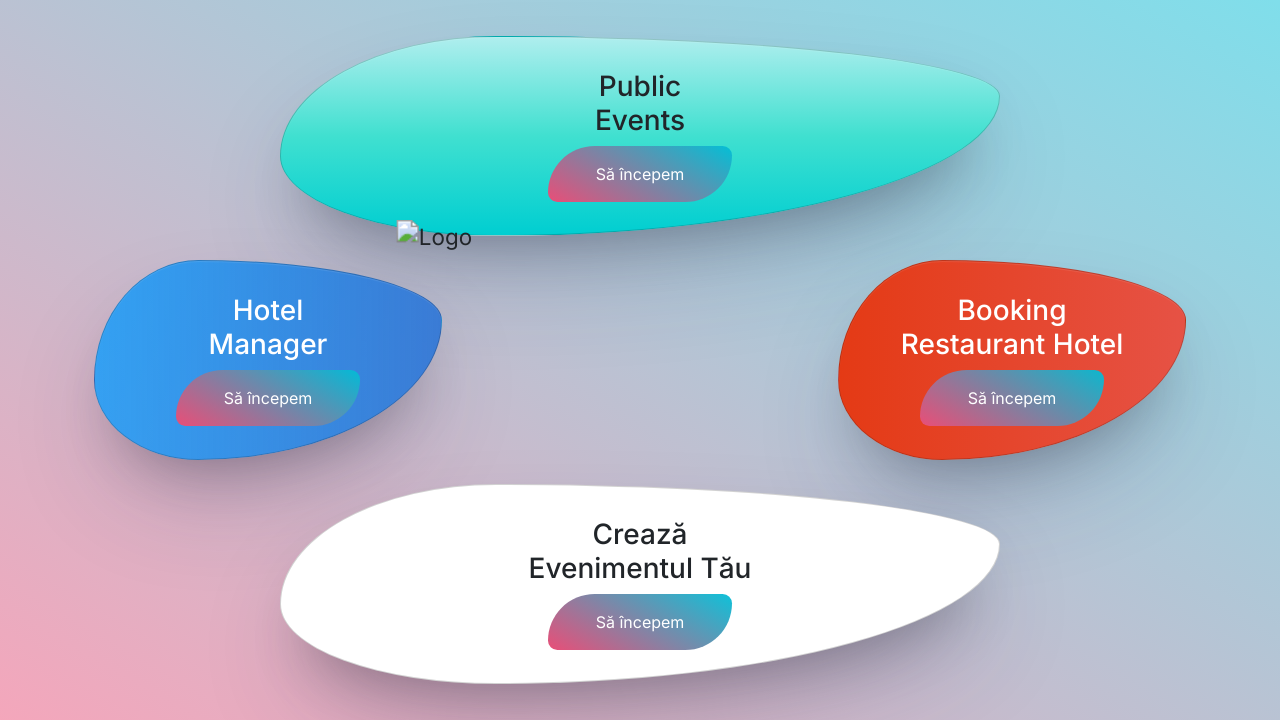
Repository: cosmin05072018/fantastic-events-manager
Page: http://localhost/
These files come from the project's save history. The page is drawn as it stood at one moment and after the next save; the edit follows.
The browser window is 1280 px wide. The pictures show the whole page.
The page is served by the project's Laravel application, run on PHP 8.4 with Laravel 10. Other server files are loaded and not shown.

Above is the page before, as saved 2024-11-03 17:51:13.
Console error: ReferenceError: particlesJS is not defined

### routes/web.php
<?php

use App\Http\Controllers\ProfileController;
use Illuminate\Support\Facades\Route;

/*
|--------------------------------------------------------------------------
| Web Routes
|--------------------------------------------------------------------------
|
| Here is where you can register web routes for your application. These
| routes are loaded by the RouteServiceProvider and all of them will
| be assigned to the "web" middleware group. Make something great!
|
*/

Route::get('/', function () {
    return view('startApp');
});

Route::get('/dashboard', function () {
    return view('dashboard');
})->middleware(['auth', 'verified'])->name('dashboard');

Route::middleware('auth')->group(function () {
    Route::get('/profile', [ProfileController::class, 'edit'])->name('profile.edit');
    Route::patch('/profile', [ProfileController::class, 'update'])->name('profile.update');
    Route::delete('/profile', [ProfileController::class, 'destroy'])->name('profile.destroy');
});

require __DIR__.'/auth.php';

### public/css/custom.css
@import url("https://fonts.googleapis.com/css2?family=Inter:ital,opsz,wght@0,14..32,100..900;1,14..32,100..900&family=Open+Sans:ital,wght@0,300..800;1,300..800&display=swap");

:root {
    --white: #ffffff;
    --public-events: linear-gradient(to bottom, #afeeee, #40e0d0, #00ced1);
    --hotel-manager: linear-gradient(to right, #0099ffc0, #3a7bd5);
    --booking: linear-gradient(to right, #e43a15, #e65245);
}

* {
    box-sizing: border-box;
    padding: 0;
    margin: 0;
    font-family: "Inter", sans-serif;
}

body {
    background-repeat: no-repeat;
    background-size: cover;
    background-image: linear-gradient(
        30deg,
        hsla(344, 78%, 61%, 0.5),
        hsla(187, 100%, 42%, 0.5)
    );
}

.card {
    border-radius: 30% 70% 70% 30% / 60% 30% 70% 40%;
    height: 200px !important;
    transition: 0.4s linear;
    box-shadow: rgba(255, 255, 255, 0.1) 0px 1px 1px 0px inset,
        rgba(50, 50, 93, 0.25) 0px 50px 100px -20px,
        rgba(0, 0, 0, 0.3) 0px 30px 60px -30px;
}

.logo-img  {
    transition: 0.4s linear;
    transform: scale(1.4);
    z-index: 1;
}

.logo-img:hover {
    transform: scale(1.7);
}

.card:hover {
    transform: scale(1.1);
}

.btns-first-page {
    border: 0px !important;
    background: linear-gradient(
        30deg,
        hsl(344, 78%, 61%),
        hsla(187, 100%, 42%, 0.942)
    );
    color: var(--white);
    border-radius: 50px 10px 50px 10px;
}

.btns-first-page a{
    color: var(--white);
    text-decoration: none !important;
}

.public-events {
    background: var(--public-events);
}

.hotel-manager {
    background: var(--hotel-manager);
}

.booking {
    background: var(--booking);
}

/* login */

.logo-img{
    width: 100%;
    display: flex;
    align-items: center;
    justify-content: center;
}

Loaded but not shown: routes/auth.php (common file); app/Http/Controllers/Auth/EmailVerificationPromptController.php (common file); app/Http/Controllers/Controller.php (common file); app/Http/Controllers/Auth/VerifyEmailController.php (common file); public/css/bootstrap.min.css (library); public/js/jquery.js (library); public/js/bootstrap.bundle.min.js (library); public/js/custom.js (133 lines, source omitted); resources/views/startApp.blade.php (927 lines, source omitted)

After the next save:
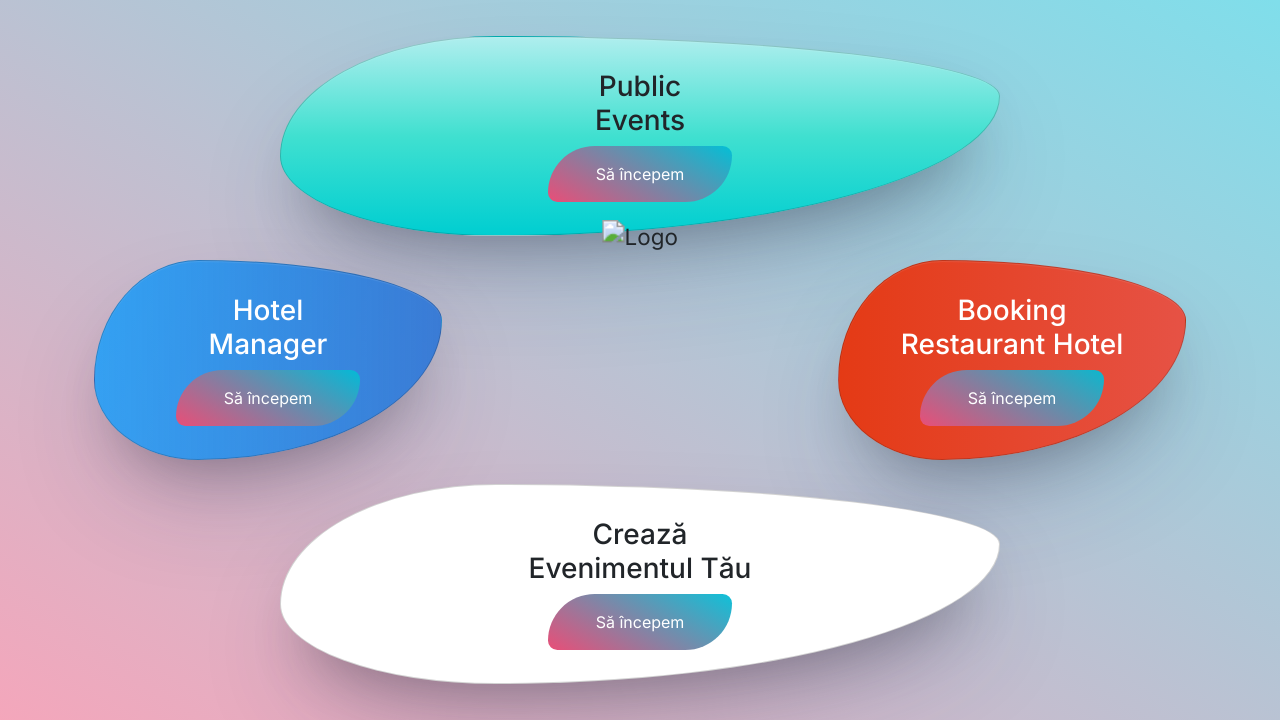
Saved 44 s later.
--- a/public/css/custom.css
+++ b/public/css/custom.css
@@ -74,12 +74,3 @@ body {
 .booking {
     background: var(--booking);
 }
-
-/* login */
-
-.logo-img{
-    width: 100%;
-    display: flex;
-    align-items: center;
-    justify-content: center;
-}
